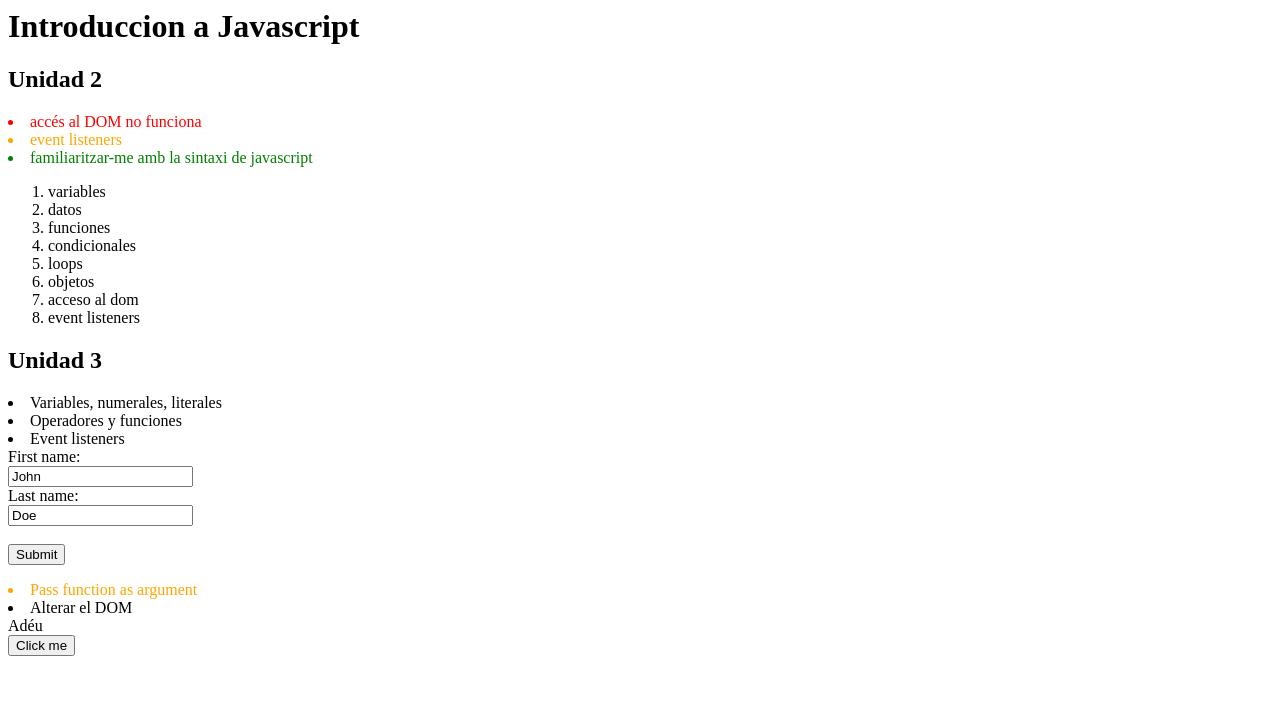
Repository: gabrielardevol/portfolio-react
Page: javascript_domestika/html.html
An editor plug-in stored every save of this project. The page is shown before and after the next save, followed by the edit.
The browser window is 1280 px wide. The pictures show the whole page.
After loading, the first visible `#testbutton` was clicked once.

Above is the page before, as saved 2022-12-20 11:20:47.

After the next save:
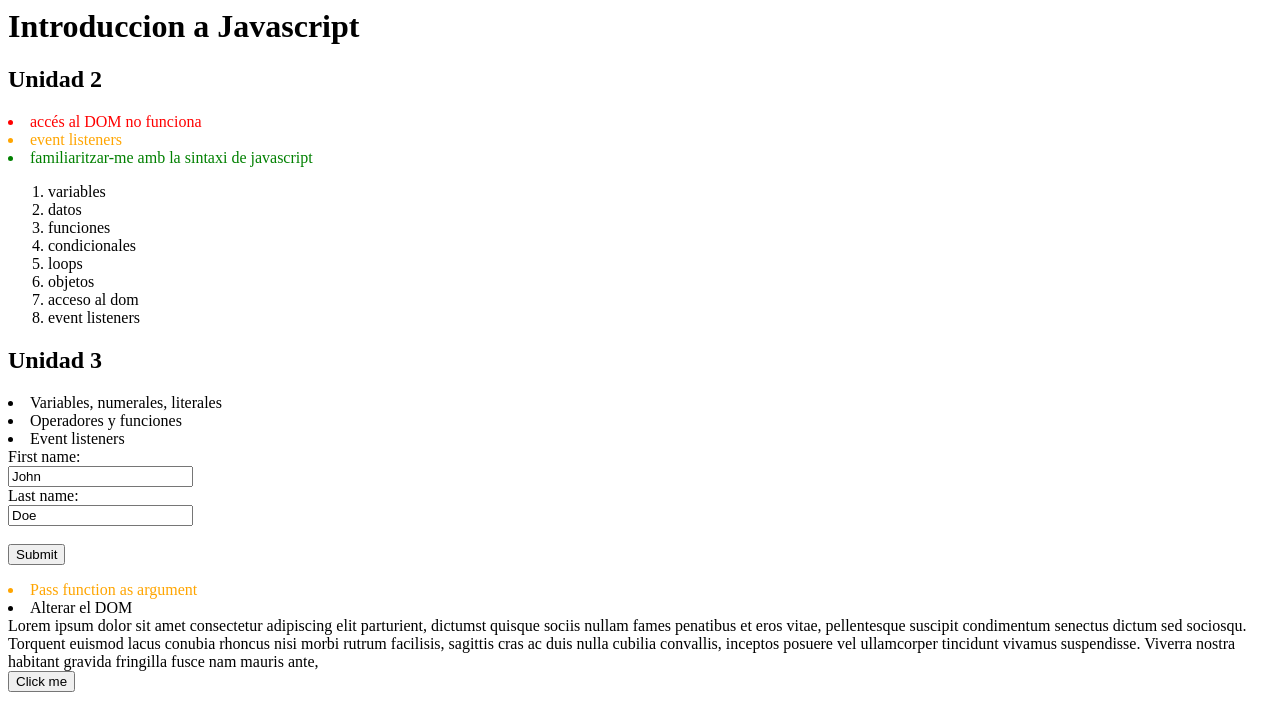
Saved 33 min 29 s later.
--- a/javascript_domestika/html.html
+++ b/javascript_domestika/html.html
@@ -119,7 +119,7 @@
         altered = true
         }
         if (altered === true) {
-        div.textContent = "Adéu"
+        div.textContent = "Lorem ipsum dolor sit amet consectetur adipiscing elit parturient, dictumst quisque sociis nullam fames penatibus et eros vitae, pellentesque suscipit condimentum senectus dictum sed sociosqu. Torquent euismod lacus conubia rhoncus nisi morbi rutrum facilisis, sagittis cras ac duis nulla cubilia convallis, inceptos posuere vel ullamcorper tincidunt vivamus suspendisse. Viverra nostra habitant gravida fringilla fusce nam mauris ante,"
         altered = false
         }
       }
